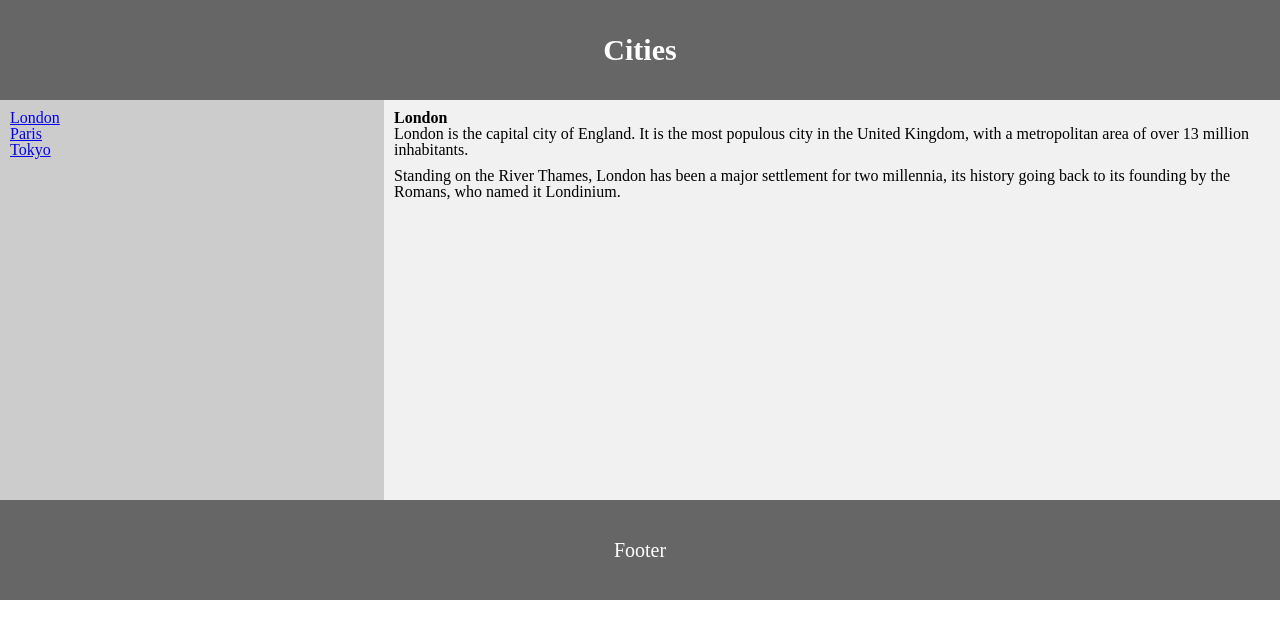
Repository: Tan-Khang21/TH_TKW--Buoi_06
Page: Bai_Tap_Tren_lop/Bai_01/LayoutCSS1.html
The author's editor kept a copy of each file at every save. The page is drawn from the files as they stood at one save, then again after the next save.
The browser window is 1280 px wide. The pictures show the whole page.

Above is the page before, as saved 2024-03-11 19:59:34.

After the next save:
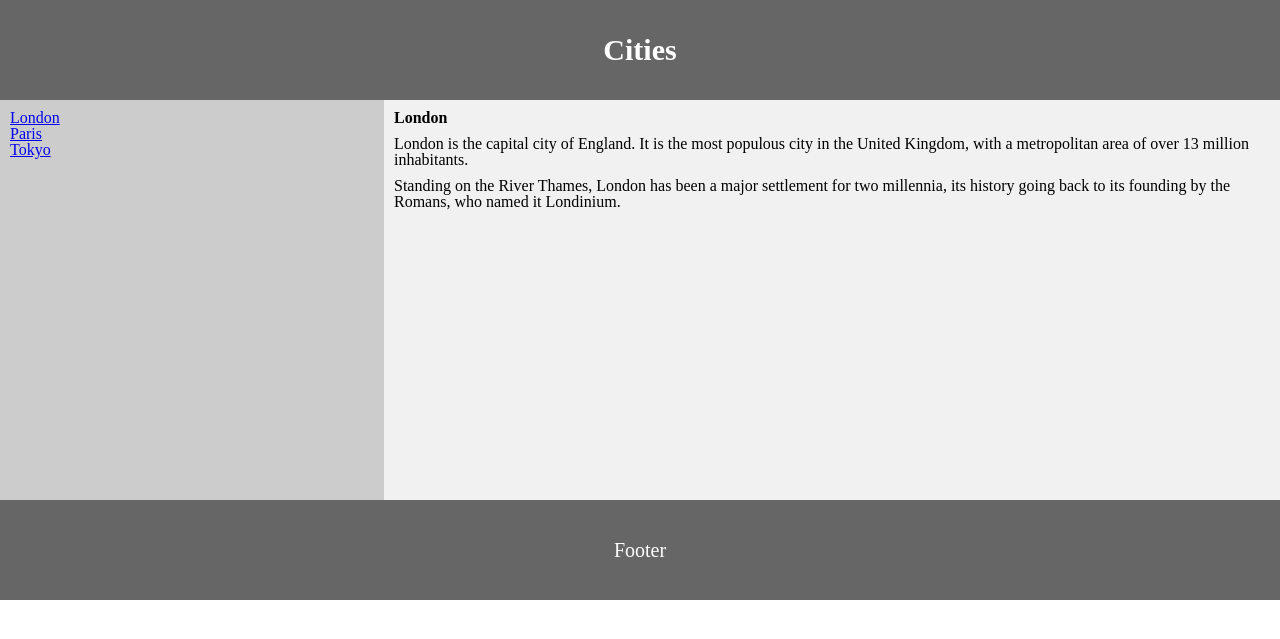
Saved 1 s later.
--- a/Bai_Tap_Tren_lop/Bai_01/LayoutCSS1.html
+++ b/Bai_Tap_Tren_lop/Bai_01/LayoutCSS1.html
@@ -17,7 +17,7 @@
       </nav>
       <div class="Article">
         <h3 style="font-weight: bold">London</h3>
-        <p>
+        <p style="margin-top: 10px">
           London is the capital city of England. It is the most populous city in
           the United Kingdom, with a metropolitan area of over 13 million
           inhabitants.
